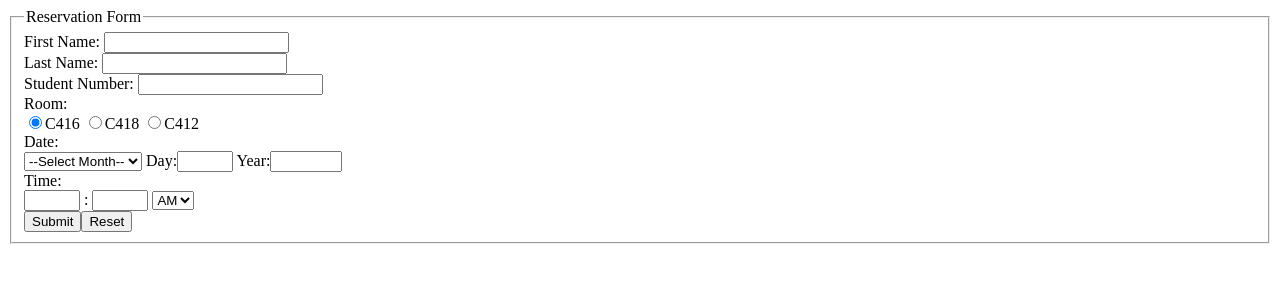
Repository: kazuma-sato/COMP3095
Page: COMP3095LabTestA_SatoKazuma/WebContent/reservationForm.html
These files come from the project's save history. The page is drawn as it stood at one moment and after the next save; the edit follows.
The browser window is 1280 px wide. The pictures show the whole page.

Above is the page before, as saved 2016-10-11 12:55:12.

### COMP3095LabTestA_SatoKazuma/WebContent/reservationForm.html
<!DOCTYPE html>
<html>
<!--
	COMP3095 Web Application Development with Java
	Lab Test 1
	Instructor : Sergio Santilli sergio.santilli@georgebrown.ca

	by Kazuma Sato 100 948 212 kazuma.sato@georgebrown.ca
	Date: Monday, October 11, 2016

	Description:
		HTML for Classroom Reservation
-->
<head>
	<meta charset="UTF-8">
	<title>Room Reservation | GBC</title>
	<meta name="author" content="Kazuma Sato">
	<meta name="description" content="George Brown College Room Registration Form">
</head>

<body>
	<form method="post" action="Reservation">
		<fieldset name="reservation">
			<legend>Reservation Form</legend>
			<label for="firstName">First Name: </label>
				<input type="text" name="firstName" /><br />

			<label for="lastName">Last Name:</label>
				<input type="text" name="lastName" /><br />

			<label for="studentNum">Student Number: </label>
				<input type="text" name="studentNum" /><br />

			<label for="roomNum">Room:</label><br />
				<input type="radio" name="roomNum" value="C416" checked>C416
				<input type="radio" name="roomNum" value="C418">C418
				<input type="radio" name="roomNum" value="C412">C412<br />

			<label for="month">Date:</label><br />
				<select name="month">
					<option value='' selected>--Select Month--</option>
				    <option  value='1'>Janaury</option>
				    <option value='2'>February</option>
				    <option value='3'>March</option>
				    <option value='4'>April</option>
				    <option value='5'>May</option>
				    <option value='6'>June</option>
				    <option value='7'>July</option>
				    <option value='8'>August</option>
				    <option value='9'>September</option>
				    <option value='10'>October</option>
				    <option value='11'>November</option>
				    <option value='12'>December</option>
				</select>
				Day:<input type="number" name="day" min="1" max="31" >
				Year:<input type="number" name="year" min="2016" max="2017"><br />

			<label for="time">Time:</label><br />
				<input type="number" name="hour" min="1" max="12"/> :
				<input type="number" name="minutes" min="0" max="59">
				<select name="ampm">
					<option value="am">AM</option>
					<option value="pm">PM</option>
				</select><br />

			<input type="Submit"><input type="reset">

		</fieldset>
	</form>
</body>
</html>

After the next save:
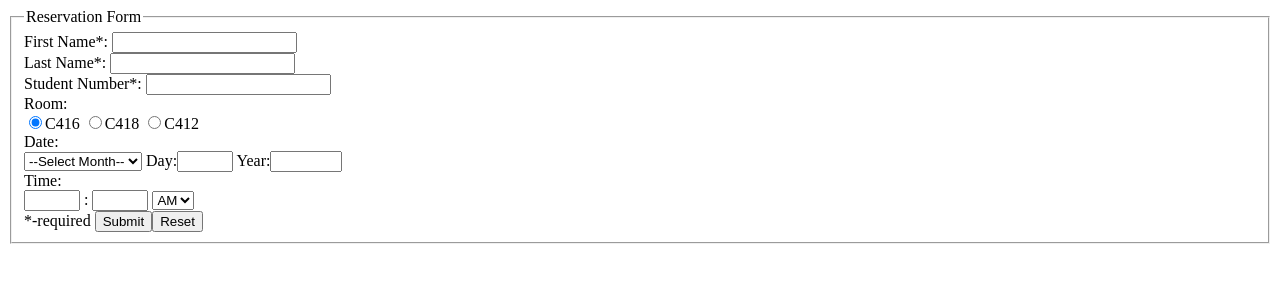
Saved 7 min 38 s later.
--- a/COMP3095LabTestA_SatoKazuma/WebContent/reservationForm.html
+++ b/COMP3095LabTestA_SatoKazuma/WebContent/reservationForm.html
@@ -22,13 +22,13 @@
 	<form method="post" action="Reservation">
 		<fieldset name="reservation">
 			<legend>Reservation Form</legend>
-			<label for="firstName">First Name: </label>
+			<label for="firstName">First Name*: </label>
 				<input type="text" name="firstName" /><br />
 
-			<label for="lastName">Last Name:</label>
+			<label for="lastName">Last Name*:</label>
 				<input type="text" name="lastName" /><br />
 
-			<label for="studentNum">Student Number: </label>
+			<label for="studentNum">Student Number*: </label>
 				<input type="text" name="studentNum" /><br />
 
 			<label for="roomNum">Room:</label><br />
@@ -63,6 +63,8 @@
 					<option value="pm">PM</option>
 				</select><br />
 
+			<description>*-required</description>
+
 			<input type="Submit"><input type="reset">
 
 		</fieldset>
